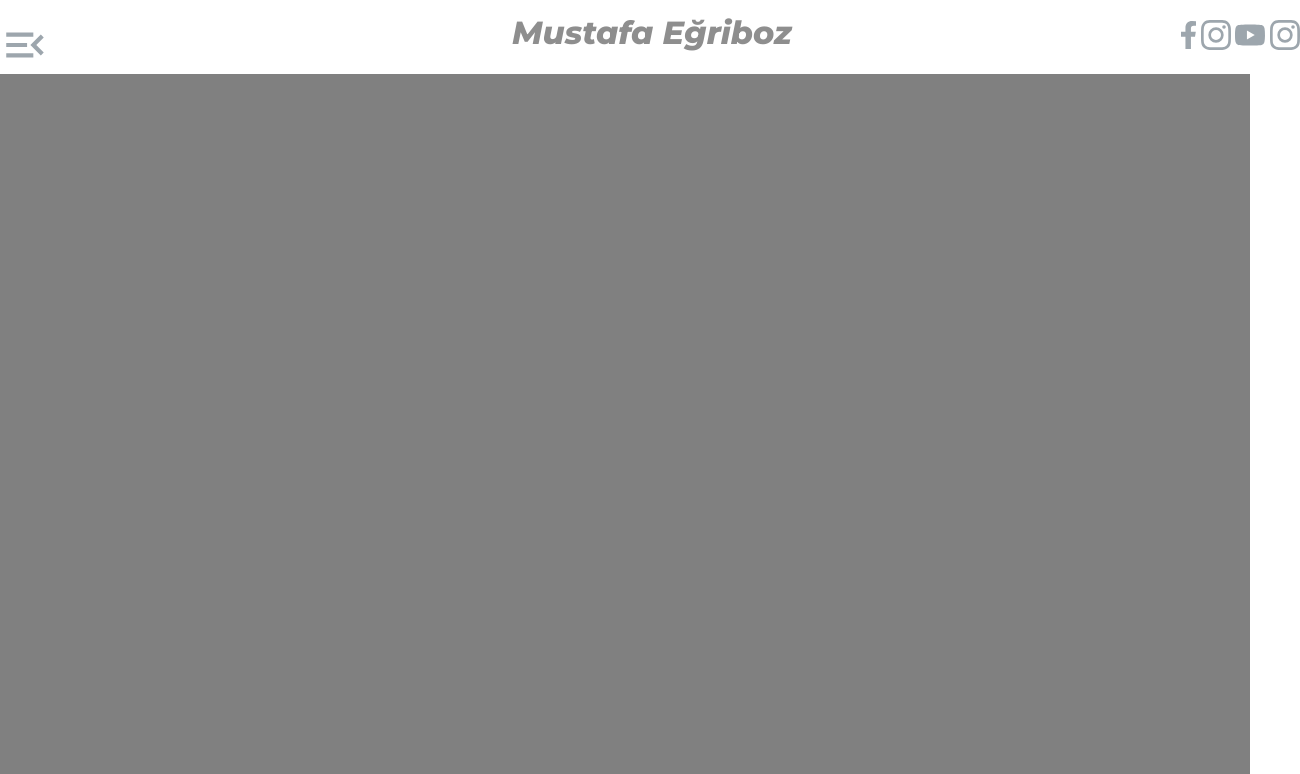
Repository: CengoCengo/m.e-gallery-web-site
Page: index.html
The author's editor kept a copy of each file at every save. The page is drawn from the files as they stood at one save, then again after the next save.
The browser window is 1280 px wide. The page is 1300 px wide, then 1287 px, so the pictures cover 1300 px, including what lies to the right of the window. The pictures show the whole page.

Above is the page before, as saved 2021-02-06 14:51:13.
Console error: TypeError: Cannot read properties of null (reading 'style')

### index.html
<!DOCTYPE html>
<html lang="en">
  <head>
    <meta charset="UTF-8" />
    <meta name="viewport" content="width=device-width, initial-scale=1.0" />
    <link rel="stylesheet" href="styles/style.css" />
    <link rel="preconnect" href="https://fonts.gstatic.com" />
    <link
      href="https://fonts.googleapis.com/css2?family=Montserrat:ital,wght@1,800&display=swap"
      rel="stylesheet"
    />

    <title>Mustafa Eğriboz</title>
  </head>
  <body>
    <!-- Navigator -->
    <div class="menu-container">
      <img
        id="icon-menu"
        src="images/icon/menu_open-black-18dp.svg"
        alt="icon-menu"
        width="50"
      />
      <h1>Mustafa Eğriboz</h1>

      <div class="social-media-container">
        <a href=""
          ><img alt="Qries" src="images/icon/facebook-f-brands.svg" width=15"
          height="70"></a
        >

        <a href=""
          ><img alt="Qries" src="images/icon/instagram-brands.svg" width=30"
          height="70"></a
        >

        <a href=""
          ><img alt="Qries" src="images/icon/youtube-brands.svg" width=30"
          height="70"></a
        >

        <a href=""
          ><img alt="Qries" src="images/icon/instagram-brands.svg" width=30"
          height="70"></a
        >
      </div>
    </div>

    <!-- Slider -->

    <div class="slider-container">
      <div class="slider"></div>
    </div>

    <script type="text/javascript" src="js/script.js"></script>
  </body>
</html>

### styles/style.css
*{
    margin: 0;
    padding: 0;
    font-family:  'Montserrat', sans-serif;


}

.main-container{
    width: 100%;
}

.menu-container{
    display: inline-block;
    position: relative;
    width: 100%;
    height: auto;



}

#icon-menu img{
    display: inline-block;
    width:2rem;

}

.menu-container h1{
    display: inline-block;
    position: absolute;
    margin-top: 1%;
    left: 40%;
    width: 300px;
    color:#8e8e8e;

}

.social-media-container{
    display: inline;
    position: relative;
    width: 100%;
    left: 88%;



}




.slider{
    background-color: grey;
    width: 1250px;
    height: 700px;

}

### js/script.js
var x = document.querySelector("p");
x.style.backgroundColor = "red";

After the next save:
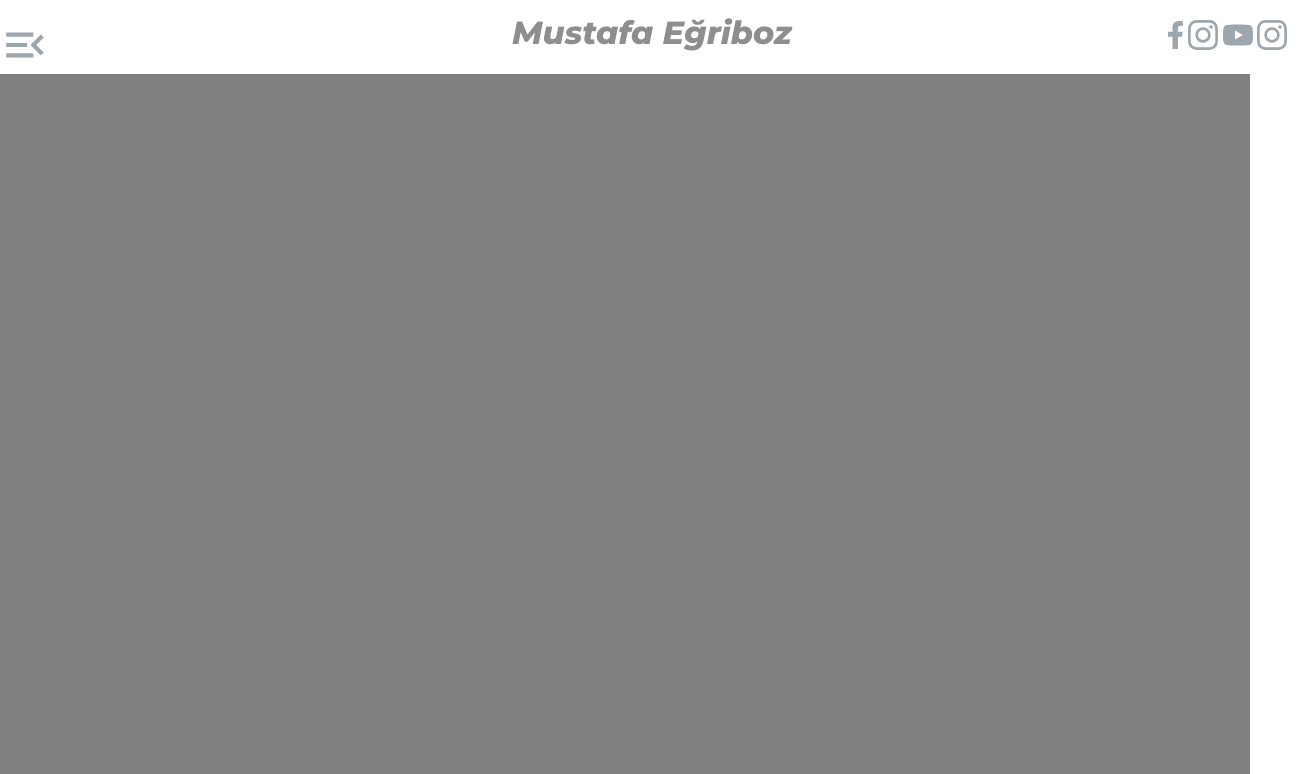
Saved 4 s later.
--- a/styles/style.css
+++ b/styles/style.css
@@ -40,7 +40,7 @@
     display: inline;
     position: relative;
     width: 100%;
-    left: 88%;
+    left: 87%;
 
 
 
